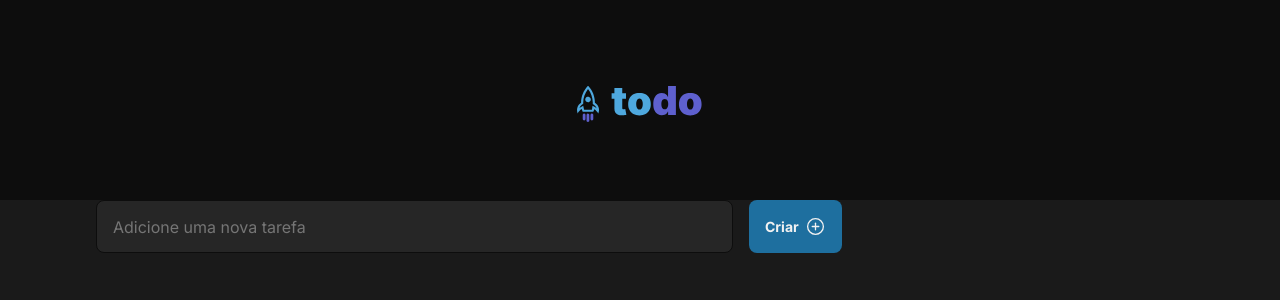
Repository: viniimartins/ToDoListROCKETSEAT
Page: /
An editor plug-in stored every save of this project. The page is shown before and after the next save, followed by the edit.
The browser window is 1280 px wide. The pictures show the whole page.
The project was rebuilt for these pictures with package versions that can differ from the ones it lists, and the page was loaded fresh each time. Also part of the build but not shown: vite.config.ts.

Above is the page before, as saved 2023-05-05 15:12:03.

After the next save:
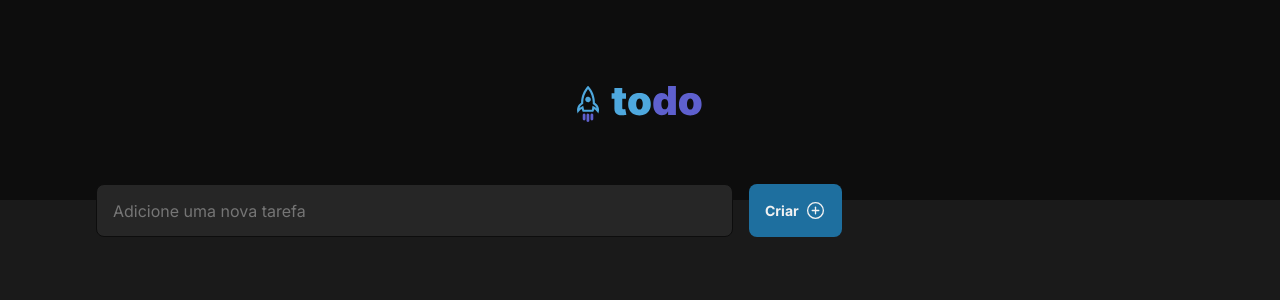
Saved 5 s later.
--- a/src/App.module.css
+++ b/src/App.module.css
@@ -1,6 +1,6 @@
 .wrapper {
   max-width: 70rem;
-  margin: 0 auto;
+  margin: -1rem auto;
   padding: 0 1rem;
 
   display: grid;
